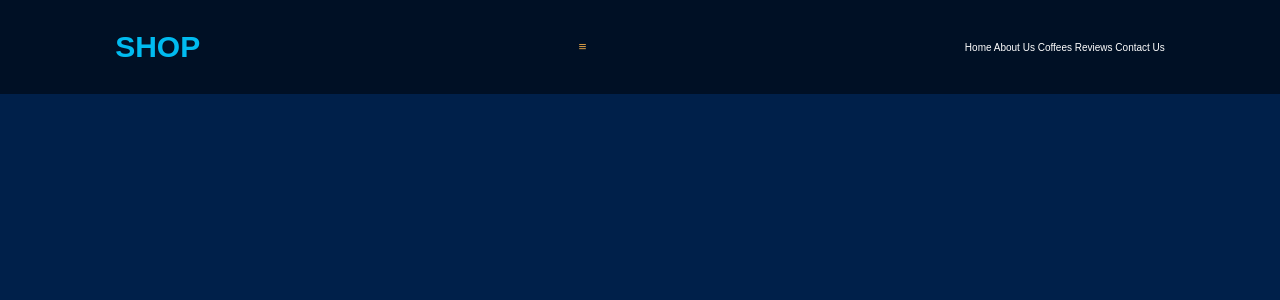
Repository: ntandomagana/Coffee-Shop
Page: index.html
An editor plug-in stored every save of this project. The page is shown before and after a run of saves, followed by the edit.
The browser window is 1280 px wide. The pictures show the whole page.

Above is the page before, as saved 2024-04-10 13:46:06.

### index.html
<!DOCTYPE html>
<html lang="en">
  <head>
    <meta charset="UTF-8" />
    <meta name="viewport" content="width=device-width, initial-scale=1.0" />
    <link rel="stylesheet" href="style.css" />
    <link
      href="https://unpkg.com/boxicons@2.1.4/css/boxicons.min.css"
      rel="stylesheet"/>

    <title>Coffee Shop</title>
  </head>
  <body>
    <header class="header">
        <a href="#home" class="logo"><span>SHOP</span></a>


        <i class='bx bx-menu' id="menu-icon"></i>


        <navbar class="navbar">
          <a href="#home" class="active">Home</a>
          <a href="#about" >About Us</a>
          <a href="#coffees" >Coffees</a>
          <a href="#reviews" >Reviews</a>
          <a href="#contact" >Contact Us</a>
        </navbar>
    </header>
    <script src="script.js"></script>
  </body>
</html>

### style.css
* {
    margin: 0;
    padding: 0;
    box-sizing: border-box;
    text-decoration: none;
    border: none;
    outline: none;
    scroll-behavior: smooth;
    font-family: "Poppins", sans-serif;
}

:root {
    --bg-color:  #00204a;
    --text-color: #005792;
    --main-color: #00bbf0;
    --extra-color: #fdb44b;
}

html {
    font-size: 62.5%;
    overflow: hidden;
}

body {
    background: var(--bg-color);
    color: var(--extra-color);
}

.header {
    position: fixed;
    top: 0;
    left: 0;
    width: 100%;
    padding: 3rem 9%;
    background: rgb(0, 0, 0, 0.5);
    background-filter: blur(20px);
    display: flex;
    align-items: center;
    justify-content: space-between;
    z-index: 100;
}

.logo {
    font-size: 3rem;
    color: var(--extra-color);
    font-weight: 800;
    cursor: pointer;
    transition: 0.3s ease;
}

.logo:hover {
    transform: scale(1.1);

}

span {
    color: var(--main-color)
}

.navbar a {
    color: white;
    justify-content: space-between;
    font-size: ;
}

Loaded but not shown: script.js (no stored copy; drawn as an empty file)

After the next 2 saves:
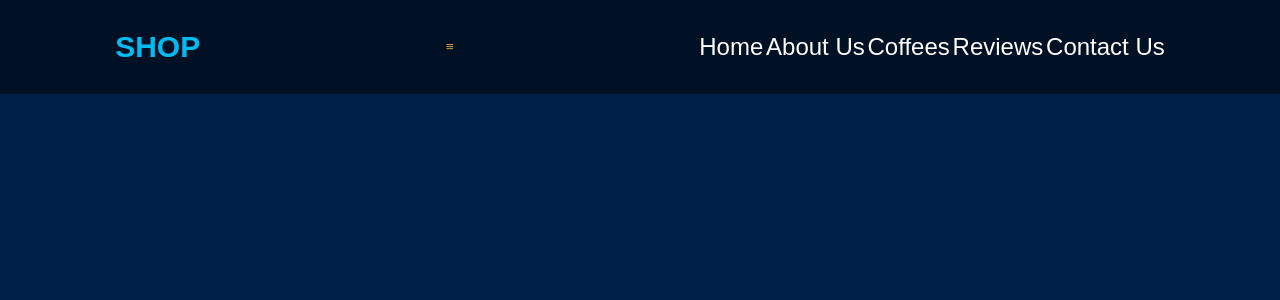
The 2 saves are shown as one change because they came seconds apart.
The last was saved 8 s later.
--- a/style.css
+++ b/style.css
@@ -60,5 +60,5 @@
 .navbar a {
     color: white;
     justify-content: space-between;
-    font-size: ;
+    font-size: 24px;
 }
